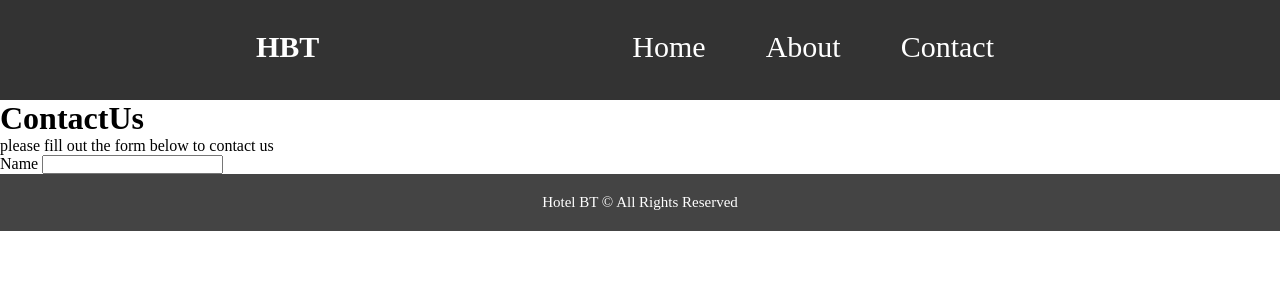
Repository: reemoon-ctrl/hotel-website
Page: 35 - hotel-website/contact.html
These files come from the project's save history. The page is drawn as it stood at one moment and after the next save; the edit follows.
The browser window is 1280 px wide. The pictures show the whole page.

Above is the page before, as saved 2024-07-22 09:22:17.

After the next save:
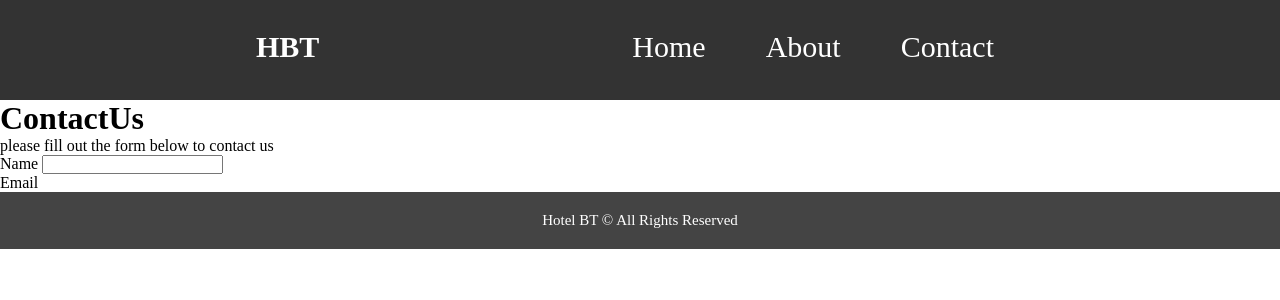
Saved 5 s later.
--- a/35 - hotel-website/contact.html
+++ b/35 - hotel-website/contact.html
@@ -29,7 +29,7 @@
 
                 </div>
                 <div>
-                    <label for="Email"></label>
+                    <label for="Email">Email</label>
                 </div>
                 <div>
 
